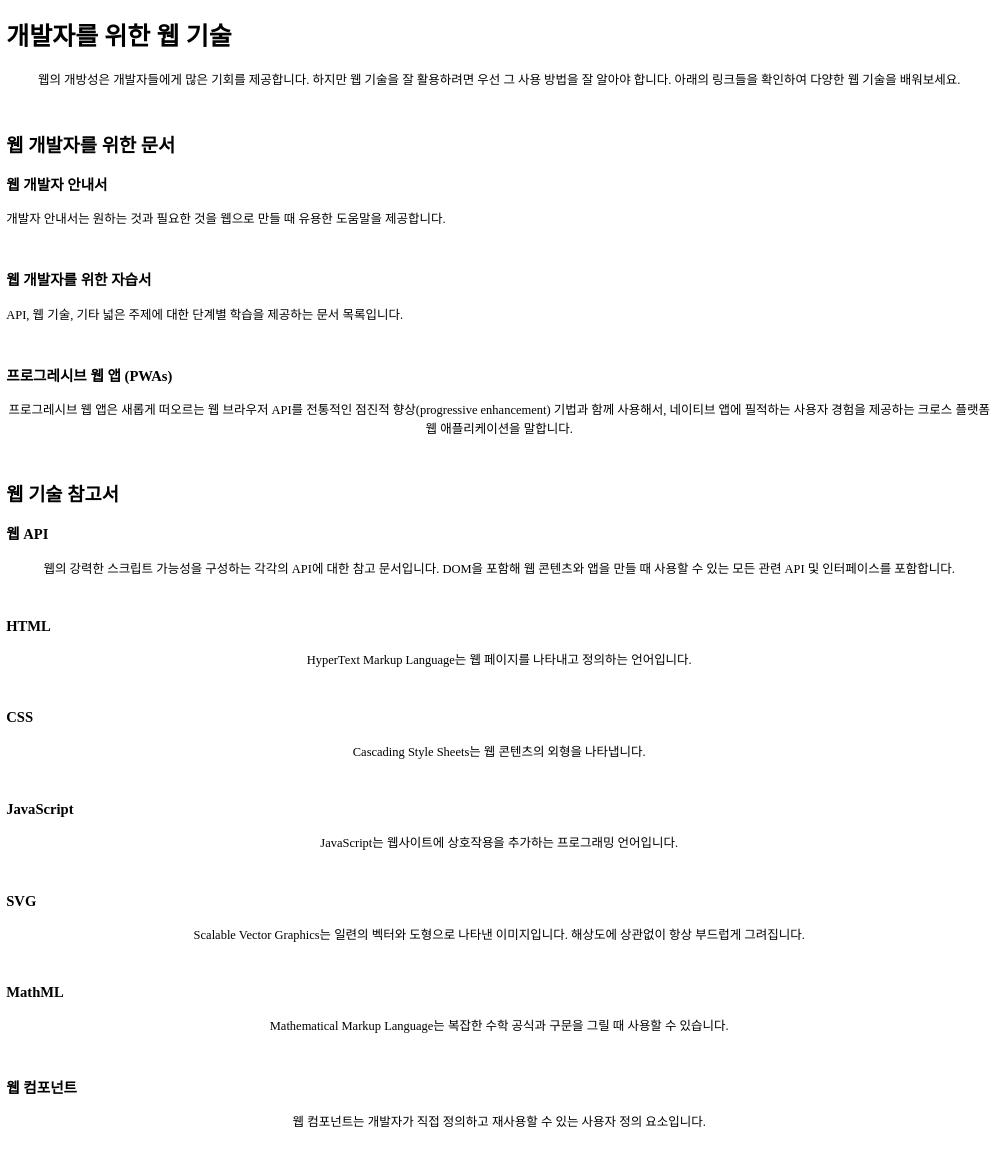
Repository: Hswwwww/WEB
Page: ClientTest/src/main/webapp/html/Q003.html
An editor plug-in stored every save of this project. The page is shown before and after the next save, followed by the edit.
The browser window is 1280 px wide. The pictures show the whole page, at 78% of full size.

Above is the page before, as saved 2024-03-13 02:18:47.

### ClientTest/src/main/webapp/html/Q003.html
<!DOCTYPE html>
<html>
<head>
<meta charset="UTF-8">
<title>Insert title here</title>
</head>
<body>

	<h1>개발자를 위한 웹 기술</h1>
	<p align = "center">웹의 개방성은 개발자들에게 많은 기회를 제공합니다. 하지만 웹 기술을 잘 활용하려면 우선 그 사용 방법을 잘 알아야 합니다. 아래의 링크들을 확인하여 다양한 웹 기술을 배워보세요.</p><br>

	<h2>웹 개발자를 위한 문서</h2>

	<h3>웹 개발자 안내서</h3>

	<p> 개발자 안내서는 원하는 것과 필요한 것을 웹으로 만들 때 유용한 도움말을 제공합니다.</p><br>

	<h3>웹 개발자를 위한 자습서</h3>
	<p>API, 웹 기술, 기타 넓은 주제에 대한 단계별 학습을 제공하는 문서 목록입니다.</p><br>


	<h3>프로그레시브 웹 앱 (PWAs)</h3>
	<p align = "center">프로그레시브 웹 앱은 새롭게 떠오르는 웹 브라우저 API를 전통적인 점진적 향상(progressive enhancement) 기법과 함께 사용해서, 네이티브 앱에 필적하는 사용자 경험을 제공하는 크로스 플랫폼 웹 애플리케이션을 말합니다.</p><br>

	<h2>웹 기술 참고서</h2>

	<h3>웹 API</h3>
	<p align = "center">웹의 강력한 스크립트 가능성을 구성하는 각각의 API에 대한 참고 문서입니다. DOM을 포함해 웹 콘텐츠와 앱을 만들 때 사용할 수 있는 모든 관련 API 및 인터페이스를 포함합니다.</p><br>

	<h3>HTML</h3>
	<p align = "center">HyperText Markup Language는 웹 페이지를 나타내고 정의하는 언어입니다.</p><br>

	<h3>CSS</h3>
	<p align = "center">Cascading Style Sheets는 웹 콘텐츠의 외형을 나타냅니다.</p><br>

	<h3>JavaScript</h3>
	<p align = "center">JavaScript는 웹사이트에 상호작용을 추가하는 프로그래밍 언어입니다.</p><br>

	<h3>SVG</h3>
	<p align = "center">Scalable Vector Graphics는 일련의 벡터와 도형으로 나타낸 이미지입니다. 해상도에 상관없이 항상 부드럽게 그려집니다.</p><br>

	<h3>MathML</h3>
	<p align = "center">Mathematical Markup Language는 복잡한 수학 공식과 구문을 그릴 때 사용할 수 있습니다.</p><br>

	<h3>웹 컴포넌트</h3>
	<p align = "center">웹 컴포넌트는 개발자가 직접 정의하고 재사용할 수 있는 사용자 정의 요소입니다.</p><br>




</body>
</html>

After the next save:
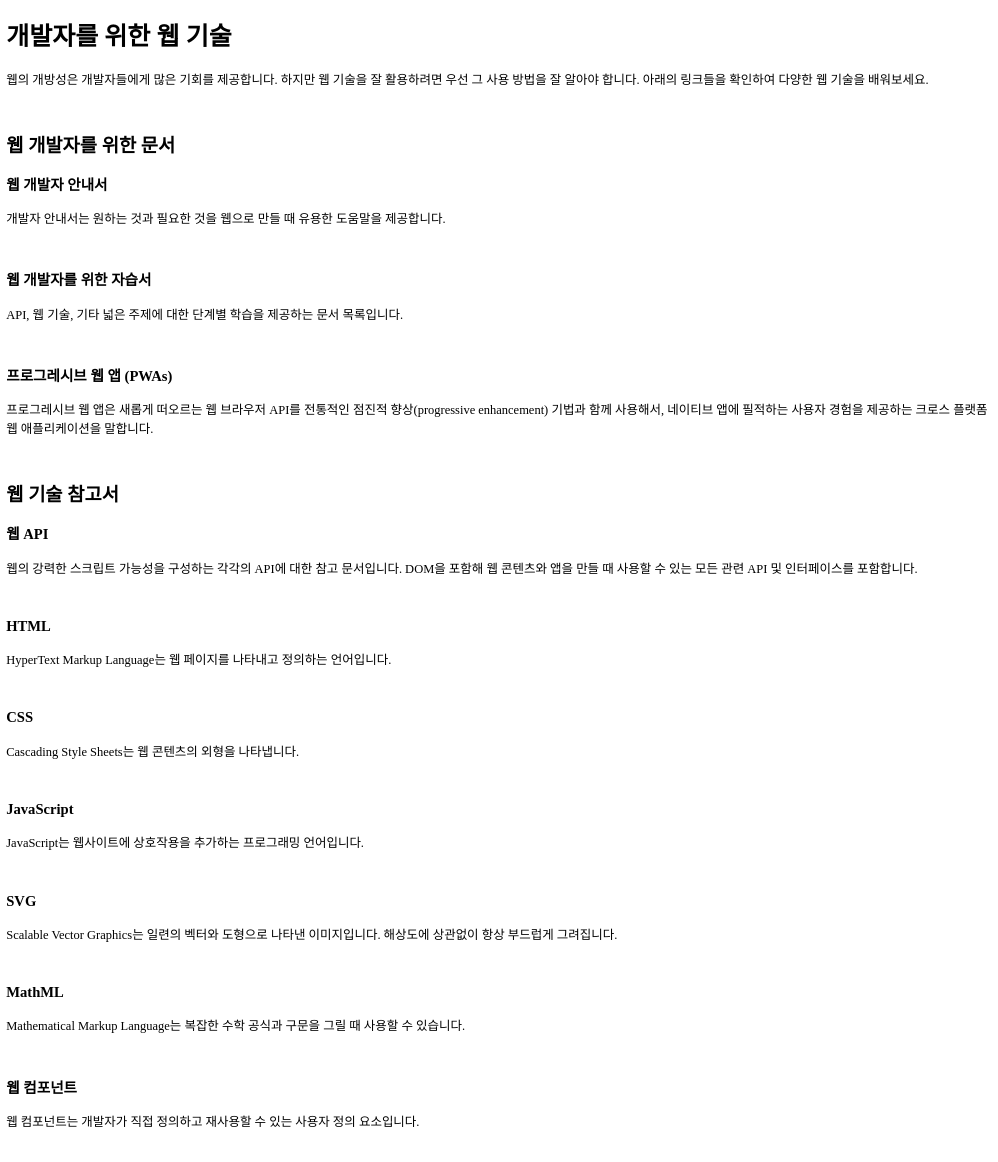
Saved 51 s later.
--- a/ClientTest/src/main/webapp/html/Q003.html
+++ b/ClientTest/src/main/webapp/html/Q003.html
@@ -7,7 +7,7 @@
 <body>
 
 	<h1>개발자를 위한 웹 기술</h1>
-	<p align = "center">웹의 개방성은 개발자들에게 많은 기회를 제공합니다. 하지만 웹 기술을 잘 활용하려면 우선 그 사용 방법을 잘 알아야 합니다. 아래의 링크들을 확인하여 다양한 웹 기술을 배워보세요.</p><br>
+	<p >웹의 개방성은 개발자들에게 많은 기회를 제공합니다. 하지만 웹 기술을 잘 활용하려면 우선 그 사용 방법을 잘 알아야 합니다. 아래의 링크들을 확인하여 다양한 웹 기술을 배워보세요.</p><br>
 
 	<h2>웹 개발자를 위한 문서</h2>
 
@@ -20,30 +20,30 @@
 
 
 	<h3>프로그레시브 웹 앱 (PWAs)</h3>
-	<p align = "center">프로그레시브 웹 앱은 새롭게 떠오르는 웹 브라우저 API를 전통적인 점진적 향상(progressive enhancement) 기법과 함께 사용해서, 네이티브 앱에 필적하는 사용자 경험을 제공하는 크로스 플랫폼 웹 애플리케이션을 말합니다.</p><br>
+	<p >프로그레시브 웹 앱은 새롭게 떠오르는 웹 브라우저 API를 전통적인 점진적 향상(progressive enhancement) 기법과 함께 사용해서, 네이티브 앱에 필적하는 사용자 경험을 제공하는 크로스 플랫폼 웹 애플리케이션을 말합니다.</p><br>
 
 	<h2>웹 기술 참고서</h2>
 
 	<h3>웹 API</h3>
-	<p align = "center">웹의 강력한 스크립트 가능성을 구성하는 각각의 API에 대한 참고 문서입니다. DOM을 포함해 웹 콘텐츠와 앱을 만들 때 사용할 수 있는 모든 관련 API 및 인터페이스를 포함합니다.</p><br>
+	<p >웹의 강력한 스크립트 가능성을 구성하는 각각의 API에 대한 참고 문서입니다. DOM을 포함해 웹 콘텐츠와 앱을 만들 때 사용할 수 있는 모든 관련 API 및 인터페이스를 포함합니다.</p><br>
 
 	<h3>HTML</h3>
-	<p align = "center">HyperText Markup Language는 웹 페이지를 나타내고 정의하는 언어입니다.</p><br>
+	<p >HyperText Markup Language는 웹 페이지를 나타내고 정의하는 언어입니다.</p><br>
 
 	<h3>CSS</h3>
-	<p align = "center">Cascading Style Sheets는 웹 콘텐츠의 외형을 나타냅니다.</p><br>
+	<p >Cascading Style Sheets는 웹 콘텐츠의 외형을 나타냅니다.</p><br>
 
 	<h3>JavaScript</h3>
-	<p align = "center">JavaScript는 웹사이트에 상호작용을 추가하는 프로그래밍 언어입니다.</p><br>
+	<p >JavaScript는 웹사이트에 상호작용을 추가하는 프로그래밍 언어입니다.</p><br>
 
 	<h3>SVG</h3>
-	<p align = "center">Scalable Vector Graphics는 일련의 벡터와 도형으로 나타낸 이미지입니다. 해상도에 상관없이 항상 부드럽게 그려집니다.</p><br>
+	<p >Scalable Vector Graphics는 일련의 벡터와 도형으로 나타낸 이미지입니다. 해상도에 상관없이 항상 부드럽게 그려집니다.</p><br>
 
 	<h3>MathML</h3>
-	<p align = "center">Mathematical Markup Language는 복잡한 수학 공식과 구문을 그릴 때 사용할 수 있습니다.</p><br>
+	<p  >Mathematical Markup Language는 복잡한 수학 공식과 구문을 그릴 때 사용할 수 있습니다.</p><br>
 
 	<h3>웹 컴포넌트</h3>
-	<p align = "center">웹 컴포넌트는 개발자가 직접 정의하고 재사용할 수 있는 사용자 정의 요소입니다.</p><br>
+	<p >웹 컴포넌트는 개발자가 직접 정의하고 재사용할 수 있는 사용자 정의 요소입니다.</p><br>
 
 
 
